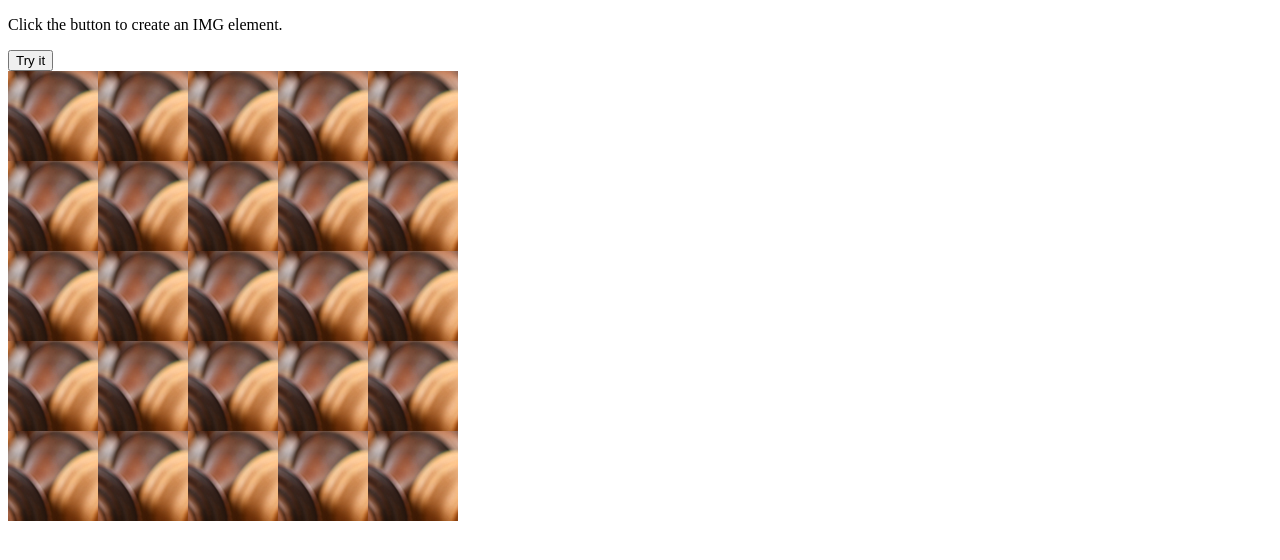
Repository: rashmikagamage/puzzle-vanila-js
Page: index.html
An editor plug-in stored every save of this project. The page is shown before and after the next save, followed by the edit.
The browser window is 1280 px wide. The pictures show the whole page.
After loading, the first visible `button` was clicked once.

Above is the page before, as saved 2020-08-05 21:07:56.

After the next save:
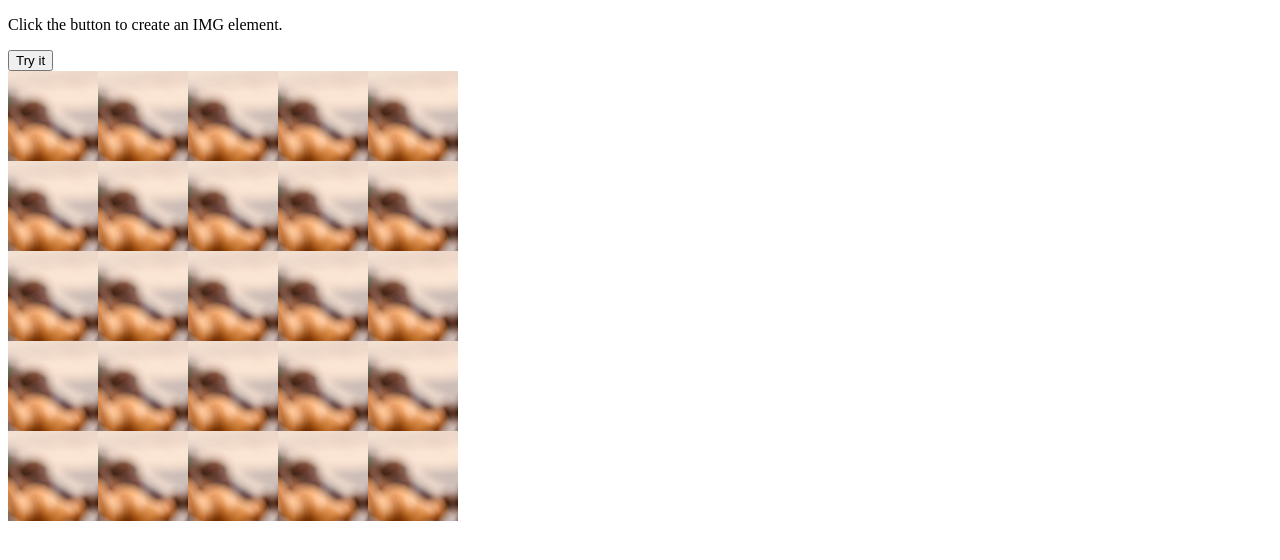
Saved 20 s later.
--- a/function.js
+++ b/function.js
@@ -24,7 +24,7 @@
             x.style.width = cellSize;
             x.style.height = cellSize;
             x.style.backgroundImage = "url('./chess.jpg')"
-            x.style.backgroundPosition = "20% 20%" //`${h}+% ${w}%`
+            x.style.backgroundPosition = `${h}+% ${w}%`
             x.id = "img" + idCount;
             console.log(idCount)
             document.getElementById("imgContainer").appendChild(x);

After the 2 saves that followed:
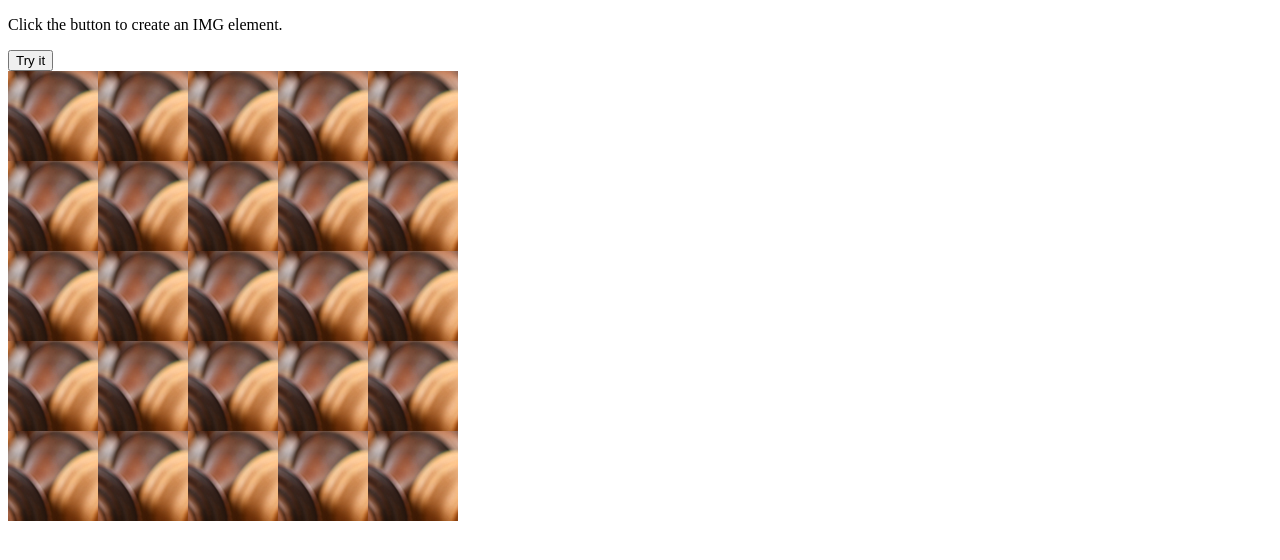
The 2 saves are shown as one change because 1 left the picture as it was.
The last was saved 86 s later.
--- a/function.js
+++ b/function.js
@@ -24,7 +24,7 @@
             x.style.width = cellSize;
             x.style.height = cellSize;
             x.style.backgroundImage = "url('./chess.jpg')"
-            x.style.backgroundPosition = `${h}+% ${w}%`
+            x.style.backgroundPosition = h + "% " + w + "%"
             x.id = "img" + idCount;
             console.log(idCount)
             document.getElementById("imgContainer").appendChild(x);
